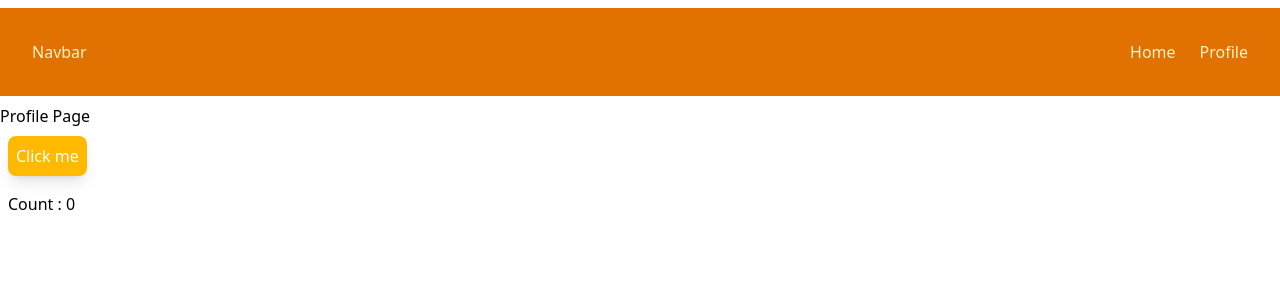
Repository: samit2059/CollegeReact
Page: / (app in react/collegereact/)
An editor plug-in stored every save of this project. The page is shown before and after a run of saves, followed by the edit.
The browser window is 1280 px wide. The pictures show the whole page.
The project was rebuilt for these pictures with package versions that can differ from the ones it lists, and the page was loaded fresh each time. Also part of the build but not shown: react/collegereact/vite.config.js, react/collegereact/src/App.jsx, react/collegereact/src/navbar.css, react/collegereact/src/navbar.jsx, react/collegereact/src/Props Example/First.jsx, react/collegereact/src/Props Example/Second.jsx.

Above is the page before, as saved 2026-01-21 10:42:06.

After the next 4 saves:
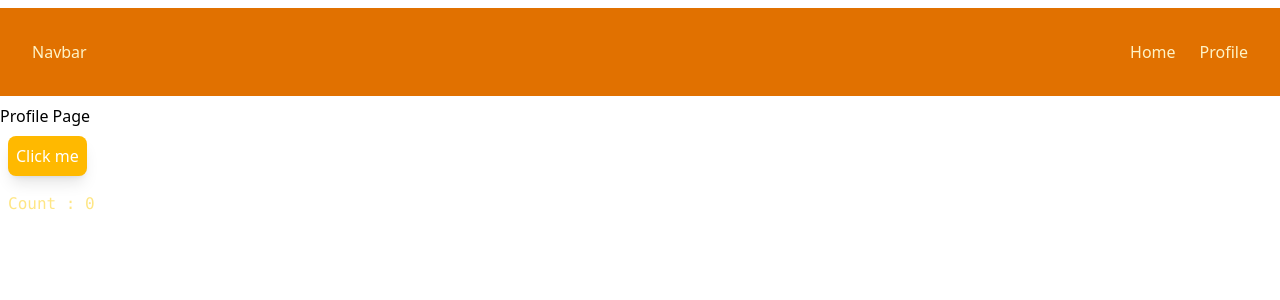
The 4 saves are shown as one change because they came seconds apart.
The last was saved 11 s later.
--- a/react/collegereact/src/StateExamples/profile.jsx
+++ b/react/collegereact/src/StateExamples/profile.jsx
@@ -6,7 +6,7 @@ let Profile = () =>{
         <div>
             <h1>Profile Page</h1>
             <button onClick={() => setCount(count+1)} className="p-2 m-2 bg-amber-400 font-medium rounded-lg shadow-lg text-white">Click me</button>
-            <p className="p-2 text-am">Count : {count}</p>
+            <p className="p-2 text-amber-200 font-mono ">Count : {count}</p>
         </div>
     )
 }
